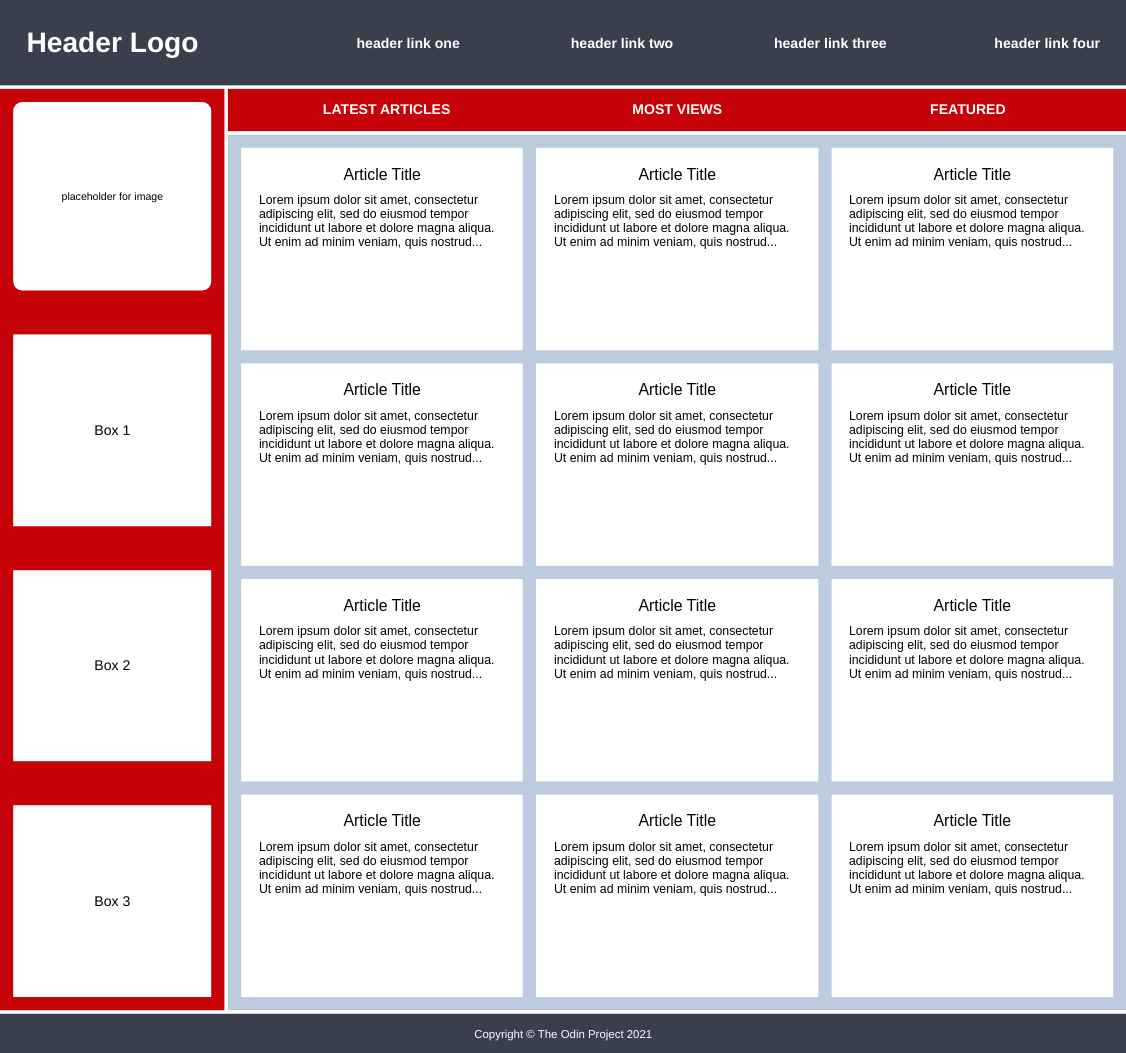
Repository: gkintu/css-exercises
Page: intermediate-html-css/advanced-grid/02-holy-grail-mockup/index.html
These files come from the project's save history. The page is drawn as it stood at one moment and after the next save; the edit follows.
The browser window is 1280 px wide. The pictures show the whole page, at 88% of full size.

Above is the page before, as saved 2025-03-04 11:37:35.

### intermediate-html-css/advanced-grid/02-holy-grail-mockup/index.html
<!DOCTYPE html>
<html lang="en">
  <head>
    <meta charset="UTF-8">
    <meta http-equiv="X-UA-Compatible" content="IE=edge">
    <meta name="viewport" content="width=device-width, initial-scale=1.0">
    <title>Holy Grail Mockup</title>
    <link rel="stylesheet" href="style.css">
  </head>
  <body>
    <div class="container">

      <div class="header">
        <div class="logo">Header Logo</div>
        <div class="menu">
          <ul>
            <li>header link one</li>
            <li>header link two</li>
            <li>header link three</li>
            <li>header link four</li>
          </ul>
        </div>
      </div>

      <div class="sidebar">
        <div class="photo">
          <p>placeholder for image</p>
        </div>
        <div class="side-content">Box 1
        </div>
        <div class="side-content">Box 2
        </div>
        <div class="side-content">Box 3
        </div>
      </div>

      <div class="nav">
        <ul>
          <li>Latest Articles</li>
          <li>Most Views</li>
          <li>Featured</li>
        </ul>
      </div>

      <div class="article">
        <div class="card">
          <p class="title">Article Title</p>
          <p>Lorem ipsum dolor sit amet, consectetur adipiscing elit, sed do eiusmod tempor incididunt ut labore et dolore magna aliqua. Ut enim ad minim veniam, quis nostrud...</p>
        </div>
        <div class="card">
          <p class="title">Article Title</p>
          <p>Lorem ipsum dolor sit amet, consectetur adipiscing elit, sed do eiusmod tempor incididunt ut labore et dolore magna aliqua. Ut enim ad minim veniam, quis nostrud...</p>
        </div>
        <div class="card">
          <p class="title">Article Title</p>
          <p>Lorem ipsum dolor sit amet, consectetur adipiscing elit, sed do eiusmod tempor incididunt ut labore et dolore magna aliqua. Ut enim ad minim veniam, quis nostrud...</p>
        </div>
        <div class="card">
          <p class="title">Article Title</p>
          <p>Lorem ipsum dolor sit amet, consectetur adipiscing elit, sed do eiusmod tempor incididunt ut labore et dolore magna aliqua. Ut enim ad minim veniam, quis nostrud...</p>
        </div>
        <div class="card">
          <p class="title">Article Title</p>
          <p>Lorem ipsum dolor sit amet, consectetur adipiscing elit, sed do eiusmod tempor incididunt ut labore et dolore magna aliqua. Ut enim ad minim veniam, quis nostrud...</p>
        </div>
        <div class="card">
          <p class="title">Article Title</p>
          <p>Lorem ipsum dolor sit amet, consectetur adipiscing elit, sed do eiusmod tempor incididunt ut labore et dolore magna aliqua. Ut enim ad minim veniam, quis nostrud...</p>
        </div>
        <div class="card">
          <p class="title">Article Title</p>
          <p>Lorem ipsum dolor sit amet, consectetur adipiscing elit, sed do eiusmod tempor incididunt ut labore et dolore magna aliqua. Ut enim ad minim veniam, quis nostrud...</p>
        </div>
        <div class="card">
          <p class="title">Article Title</p>
          <p>Lorem ipsum dolor sit amet, consectetur adipiscing elit, sed do eiusmod tempor incididunt ut labore et dolore magna aliqua. Ut enim ad minim veniam, quis nostrud...</p>
        </div>
        <div class="card">
          <p class="title">Article Title</p>
          <p>Lorem ipsum dolor sit amet, consectetur adipiscing elit, sed do eiusmod tempor incididunt ut labore et dolore magna aliqua. Ut enim ad minim veniam, quis nostrud...</p>
        </div>
        <div class="card">
          <p class="title">Article Title</p>
          <p>Lorem ipsum dolor sit amet, consectetur adipiscing elit, sed do eiusmod tempor incididunt ut labore et dolore magna aliqua. Ut enim ad minim veniam, quis nostrud...</p>
        </div>
        <div class="card">
          <p class="title">Article Title</p>
          <p>Lorem ipsum dolor sit amet, consectetur adipiscing elit, sed do eiusmod tempor incididunt ut labore et dolore magna aliqua. Ut enim ad minim veniam, quis nostrud...</p>
        </div>
        <div class="card">
          <p class="title">Article Title</p>
          <p>Lorem ipsum dolor sit amet, consectetur adipiscing elit, sed do eiusmod tempor incididunt ut labore et dolore magna aliqua. Ut enim ad minim veniam, quis nostrud...</p>
        </div>
      </div>

      <div class="footer">
        <p>Copyright © The Odin Project 2021</p>
      </div>

    </div>
  </body>
</html>

### intermediate-html-css/advanced-grid/02-holy-grail-mockup/style.css
* {
  margin: 0;
  padding: 0;
}

.container {
  display: grid;
  text-align: center;
  grid-template-columns: 1fr 4fr;
  gap: 4px;
}

.container div {
  padding: 15px;
  font-size: 32px;
  font-family: Helvetica;
  font-weight: bold;
  color: white;
}

.header {

  background-color: #393f4d;
  display: grid;
  grid-column: 1 / 3;
  grid-template-columns: 1fr 4fr;
  align-items: center;

}

.logo {
  justify-self: start;
}

.menu {
  grid-column: 2 / 3;

}

.menu ul {
  display: grid;
  list-style-type: none;
  grid-template-columns: repeat(4, 1fr);
  justify-items: end;
}



.menu ul,
.menu li {
  font-size: 16px;
}

.sidebar {
  background-color: #C50208;
  display:grid;
  gap: 50px;

  grid-column: 1 / 2;
  grid-row: 2/4;
}

.photo,
.side-content {
  display:grid;
  align-items: center;
}

.sidebar .photo {
  background-color: white;
  color: black;
  font-size: 12px;
  font-weight: normal;
  border-radius: 10px;

}


.sidebar .side-content {
  background-color: white;
  color: black;
  font-size: 16px;
  font-weight: normal;
}

.nav {

  background-color: #C50208;
  grid-column: 2 / 3;
  grid-row: 2;
  align-self: start;
}

.nav ul {
  display:grid;
  grid-template-columns: repeat(3, 1fr);

}

.nav ul li {
  font-size: 16px;
  text-transform: uppercase;
  list-style-type: none;
}

.article {

  background-color: #bccbde;
  grid-column: 2 / 3;
  grid-row: 3;
  display:grid;
  grid-template-columns: repeat(auto-fit, minmax(250px, 1fr));
  gap: 15px;

}

.card {
  height: 200px;

}

.article p {
  font-size: 18px;
  font-family: sans-serif;
  color: white;
  text-align: left;
  padding:2px;
}

.article .card {
  background-color: #FFFFFF;
  color: black;
  text-align: center;
}

.card p {
  color: black;
  font-weight: normal;
  font-size: 14px;
  padding: 5px;
}

.card .title {
  font-size: 18px;
  text-align: center;
}

.footer {


  background-color: #393f4d;
  grid-column: 1 / 3;
  grid-row: 4;
}

.footer p {
  font-size: 13px;
  font-weight: normal;
}

After the next save:
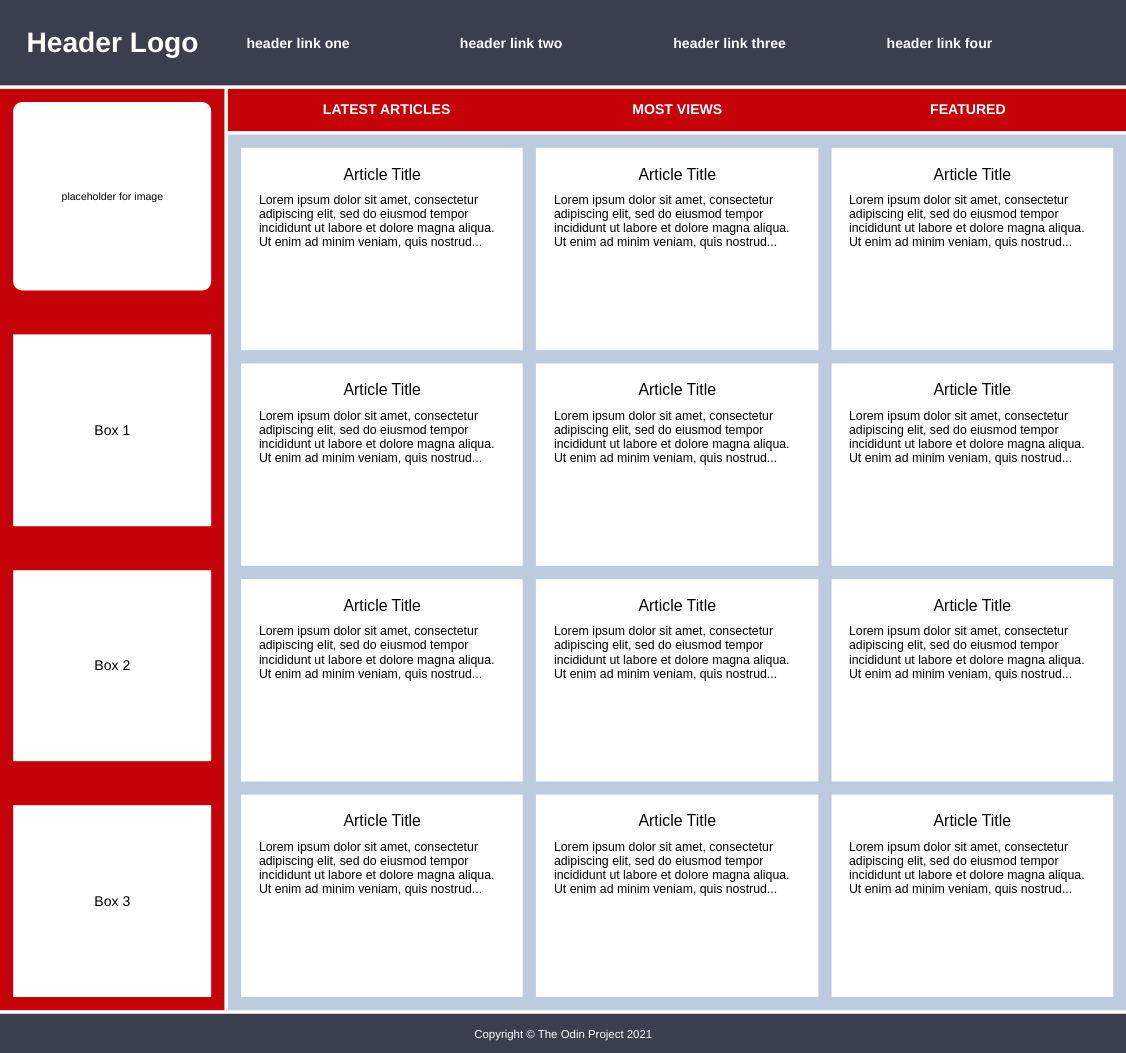
Saved 9 s later.
--- a/intermediate-html-css/advanced-grid/02-holy-grail-mockup/style.css
+++ b/intermediate-html-css/advanced-grid/02-holy-grail-mockup/style.css
@@ -41,7 +41,7 @@
   display: grid;
   list-style-type: none;
   grid-template-columns: repeat(4, 1fr);
-  justify-items: end;
+  justify-items: start;
 }
 
 

After the save that followed:
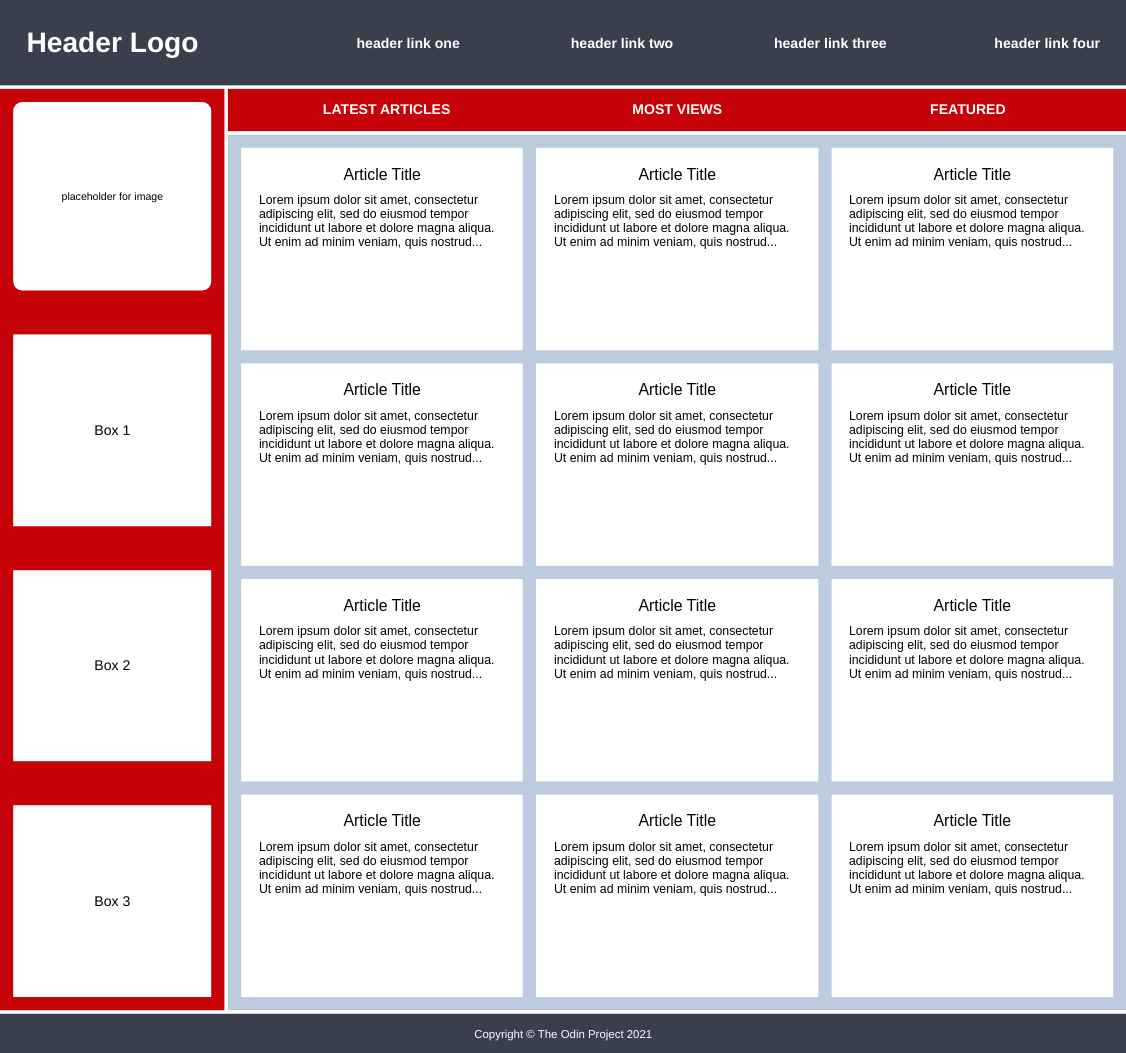
Saved 13 s later.
--- a/intermediate-html-css/advanced-grid/02-holy-grail-mockup/style.css
+++ b/intermediate-html-css/advanced-grid/02-holy-grail-mockup/style.css
@@ -41,7 +41,7 @@
   display: grid;
   list-style-type: none;
   grid-template-columns: repeat(4, 1fr);
-  justify-items: start;
+  justify-items: end;
 }
 
 
